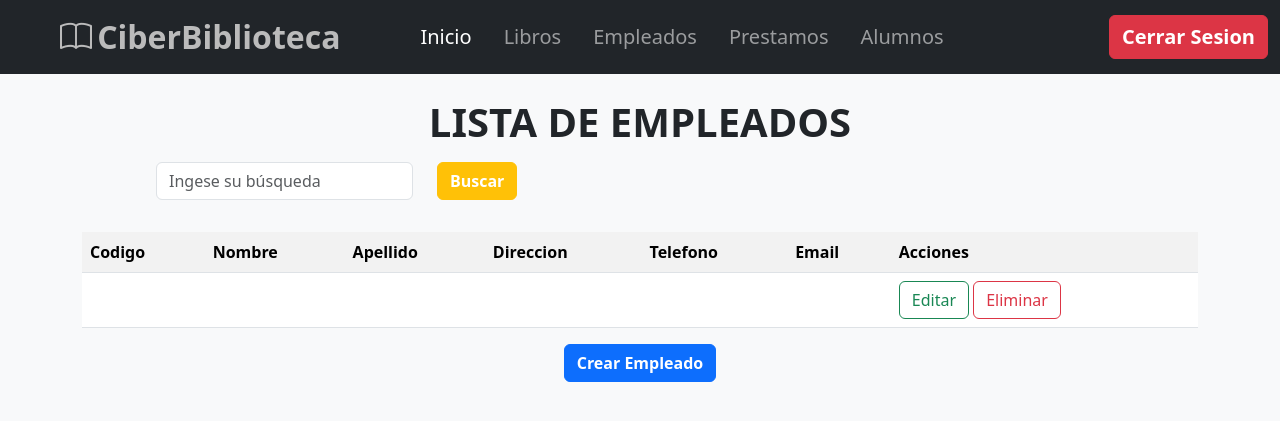
Repository: WilmerOcampo/LP1_Biblioteca
Page: http://localhost/Proyecto/listaEmpleados.jsp
An editor plug-in stored every save of this project. The page is shown before and after the next save, followed by the edit.
The browser window is 1280 px wide. The pictures show the whole page.
The page is served by Tomcat 10.

Above is the page before, as saved 2023-05-31 16:53:52.

After the next save:
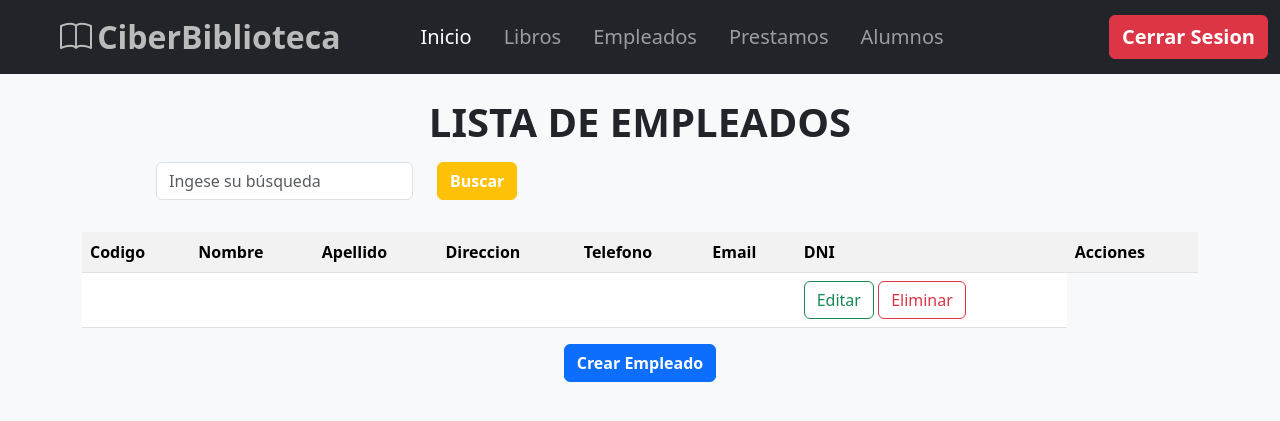
Saved 26 s later.
--- a/Proyecto/src/main/webapp/listaEmpleados.jsp
+++ b/Proyecto/src/main/webapp/listaEmpleados.jsp
@@ -79,6 +79,7 @@
                 <th scope="col">Direccion</th>
                 <th scope="col">Telefono</th>
                 <th scope="col">Email</th>
+                <th scope="col">DNI</th>
                 <th scope="col">Acciones</th>
             </tr>
 
